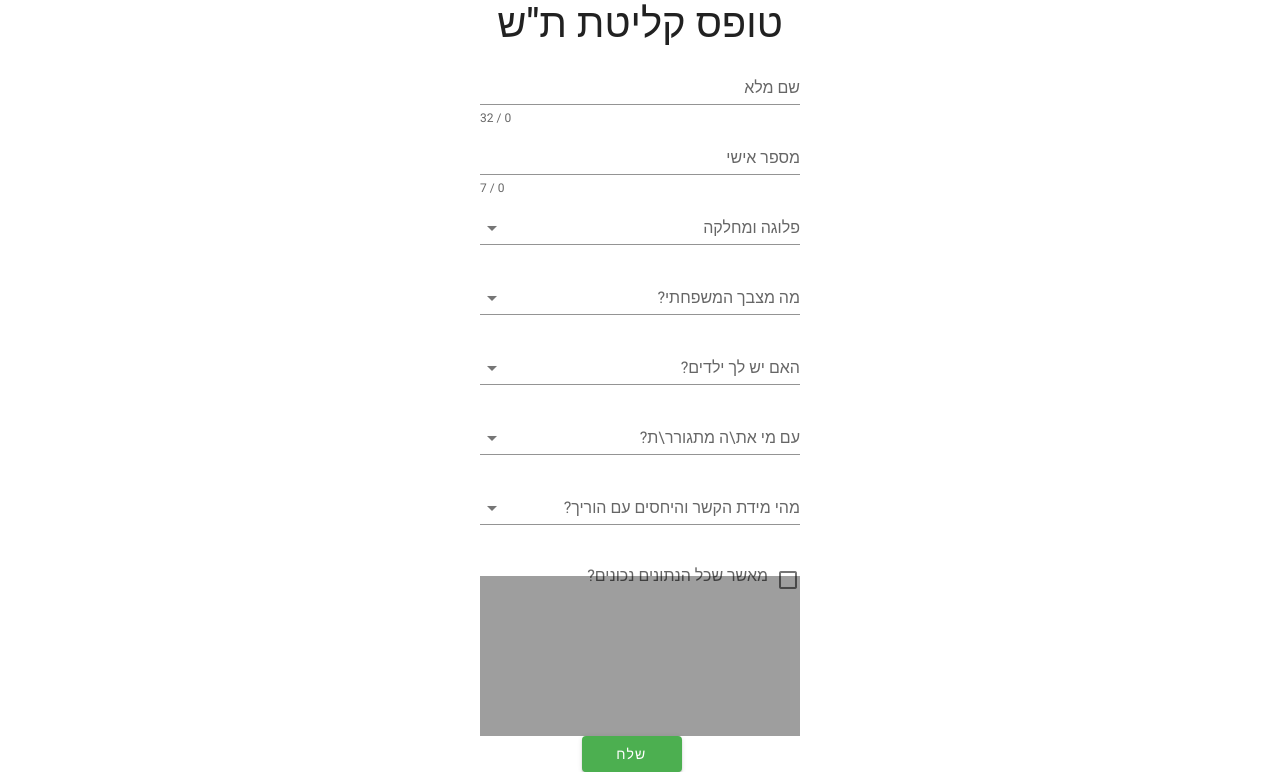
Repository: Natanhel/klitat-tash
Page: /
An editor plug-in stored every save of this project. The page is shown before and after a run of saves, followed by the edit.
The browser window is 1280 px wide. The pictures show the whole page.
Pictures or frames that could not be fetched are drawn as grey boxes. The project was rebuilt for these pictures with package versions that can differ from the ones it lists, and the page was loaded fresh each time. Also part of the build but not shown: vue.config.js.

Above is the page before, as saved 2020-12-02 14:28:28.

After the next 3 saves:
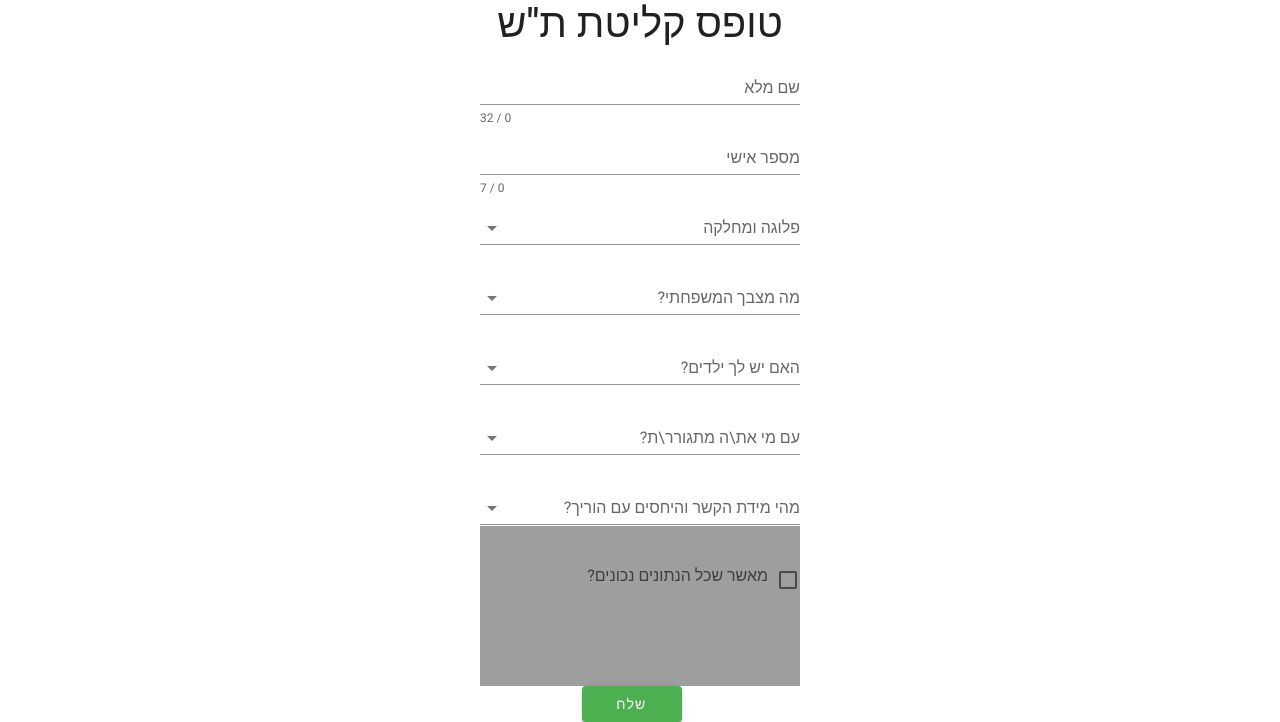
The 3 saves are shown as one change because they came seconds apart.
The last was saved 16 s later.
--- a/src/App.vue
+++ b/src/App.vue
@@ -242,7 +242,7 @@ div.preview-images > img {
 
 #container > div
 {
-  max-height: 80vh;
+  max-height: 73vh;
   min-height: 0%;
 }
 #app
